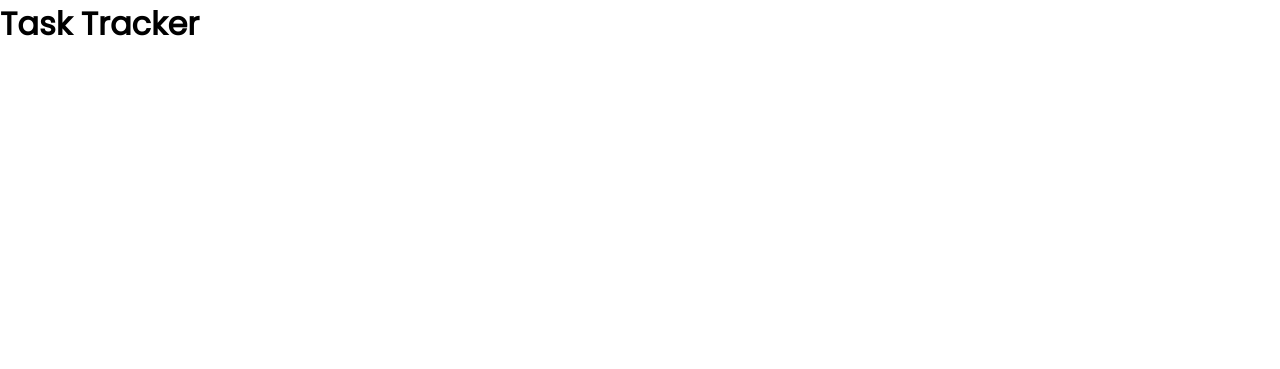
Repository: Jeffkw213/Learning_react
Page: / (app in myapp/)
An editor plug-in stored every save of this project. The page is shown before and after the next save, followed by the edit.
The browser window is 1280 px wide. The pictures show the whole page.
The project was rebuilt for these pictures with package versions that can differ from the ones it lists, and the page was loaded fresh each time.

Above is the page before, as saved 2021-04-27 17:41:53.

After the next save:
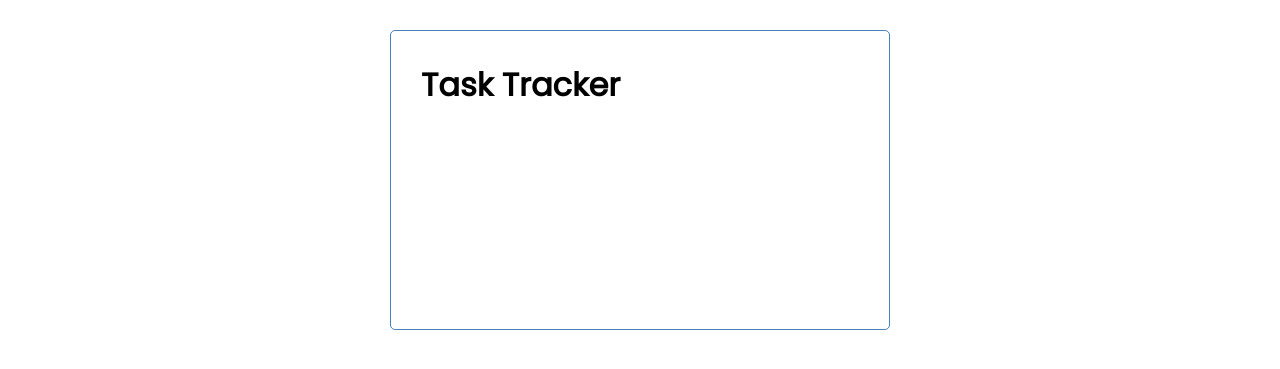
Saved 5 s later.
--- a/myapp/src/App.js
+++ b/myapp/src/App.js
@@ -6,7 +6,7 @@ function App() {
     //  <h1> Starting of React </h1>
     //  <h2> Hello {name} </h2>
     // </div>
-    <div className >
+    <div className='container'>
       <Header />
     </div>
   );
